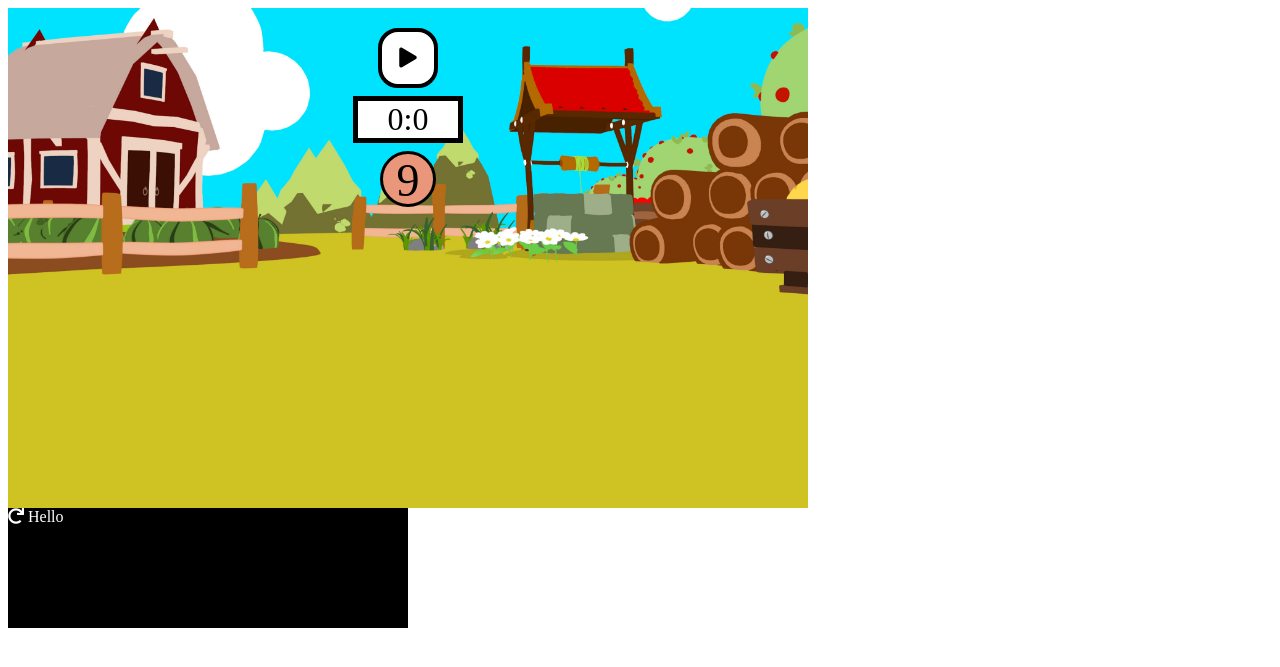
Repository: DevMinwoo-Jung/JavaScript101
Page: WebApIs/carrotClone/index.html
The author's editor kept a copy of each file at every save. The page is drawn from the files as they stood at one save, then again after the next save.
The browser window is 1280 px wide. The pictures show the whole page.

Above is the page before, as saved 2021-06-22 14:45:05.

After the next save:
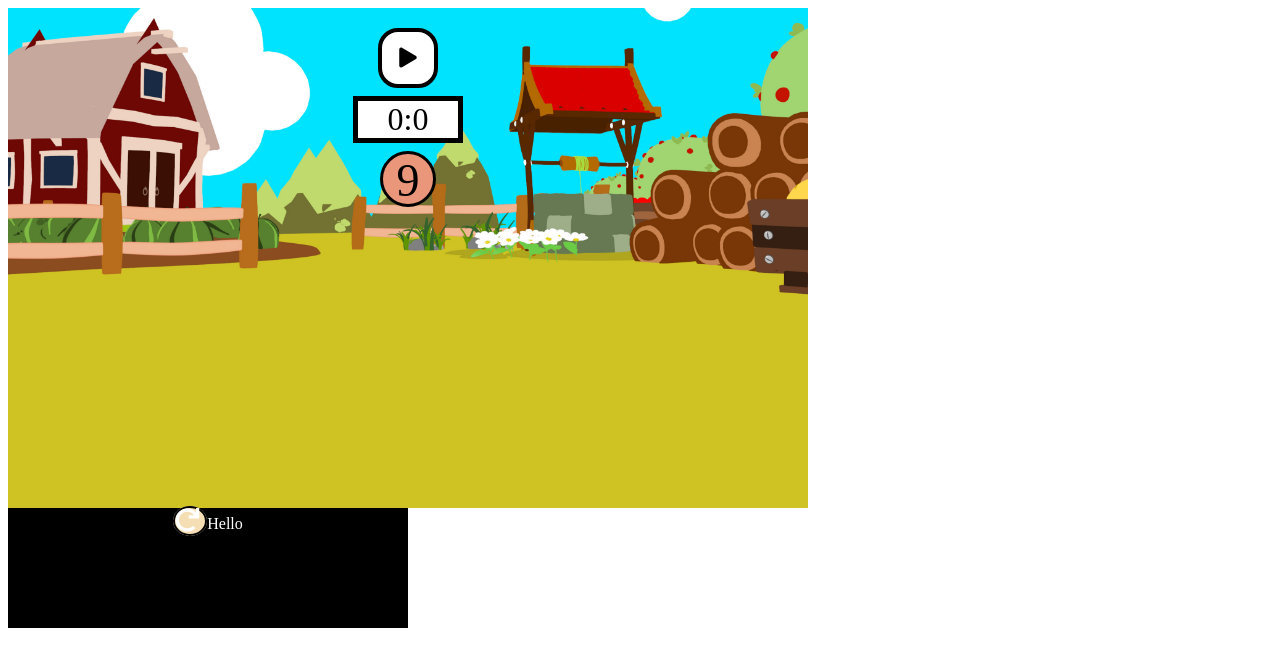
Saved 55 s later.
--- a/WebApIs/carrotClone/style.css
+++ b/WebApIs/carrotClone/style.css
@@ -64,4 +64,16 @@ button {
   height: 120px;
   background-color: black;
   color: white;
+  text-align: center;
 }
+
+.pop-up__refresh {
+  width: 60px;
+  height: 60px;
+  font-size: 24px;
+  background-color: wheat;
+  border: 2px solid black;
+  border-radius: 50%;
+}
+
+.pop-up;
